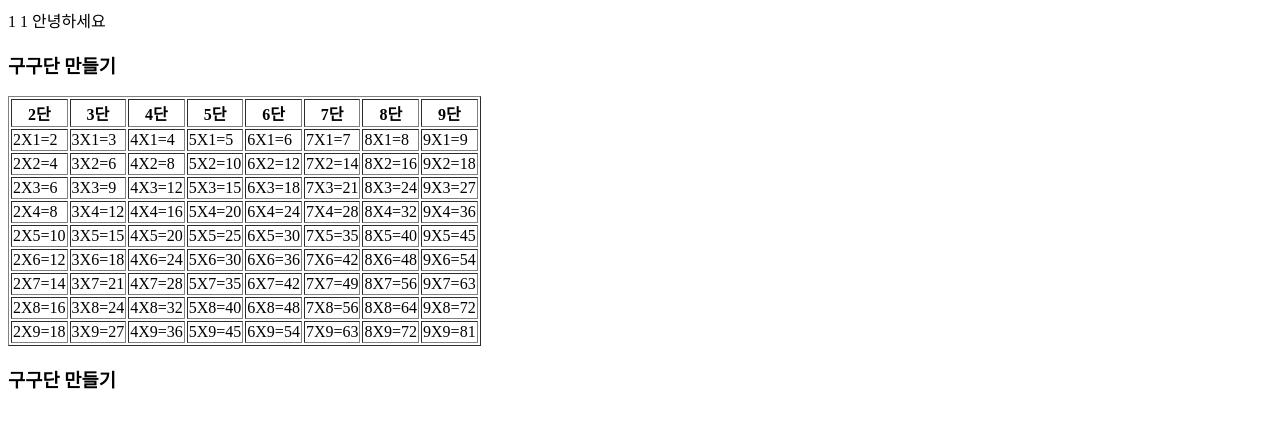
Repository: Luho0113/SpringBootStudy
Page: http://localhost/web/
These files come from the project's save history. The page is drawn as it stood at one moment and after the next save; the edit follows.
The browser window is 1280 px wide. The pictures show the whole page.
The page is served by Tomcat 9.

Above is the page before, as saved 2023-05-03 02:58:53.

After the next save:
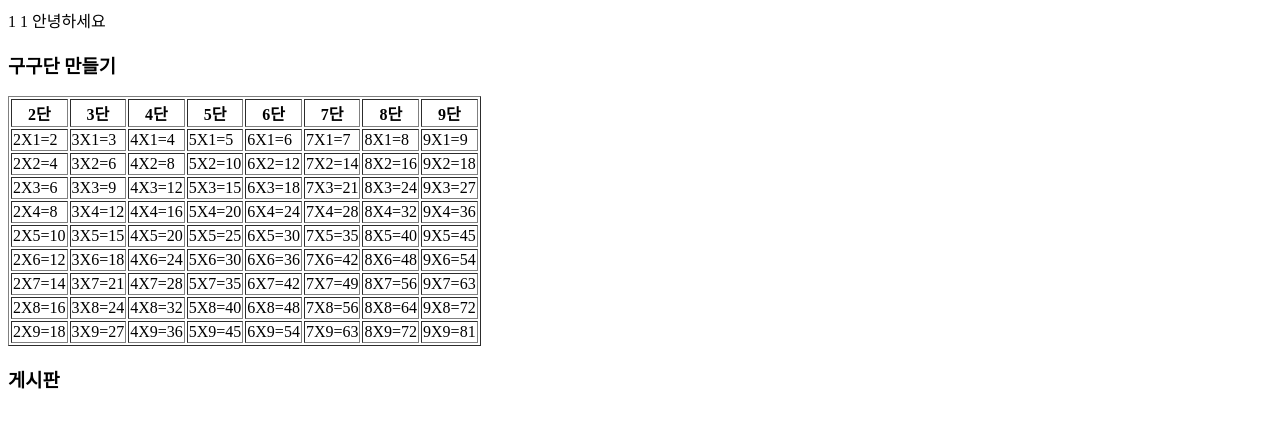
Saved 3 min 58 s later.
--- a/web/src/main/webapp/index.jsp
+++ b/web/src/main/webapp/index.jsp
@@ -38,11 +38,11 @@ out.println("<h3>" + "구구단 만들기" + "</h3>");
 		}
 		%>
 	</table>
-	<%
-out.println("<h3>" + "구구단 만들기" + "</h3>");
+<%
+out.println("<h3>" + "게시판" + "</h3>");
 %>
-<%
 
-%>
+
+
 </body>
 </html>
